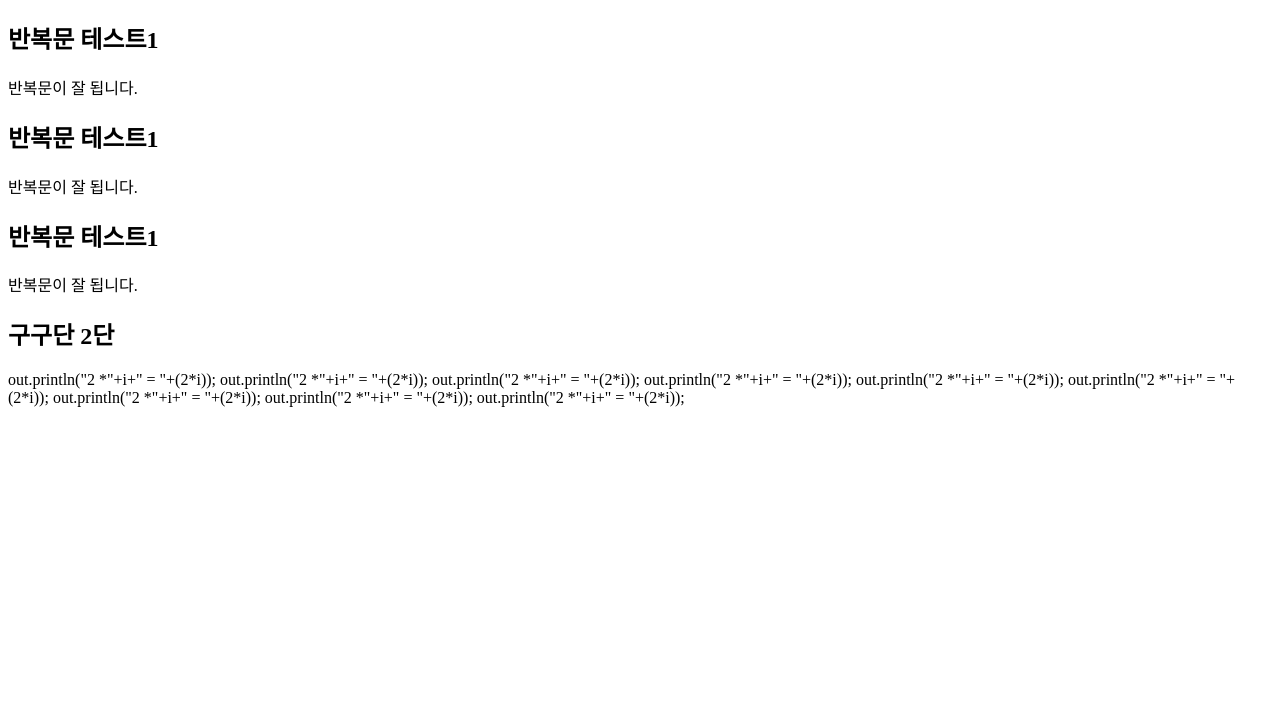
Repository: jungreul97/jsp_pracitce
Page: http://localhost/JSPBasic/JspTag/Scriptlet.jsp
These files come from the project's save history. The page is drawn as it stood at one moment and after the next save; the edit follows.
The browser window is 1280 px wide. The pictures show the whole page.
The page is served by Tomcat 9.

Above is the page before, as saved 2022-01-28 02:33:35.

### JSPBasic/src/main/webapp/JspTag/Scriptlet.jsp
<%@ page language="java" contentType="text/html; charset=UTF-8"
    pageEncoding="UTF-8"%>
<!DOCTYPE html>
<html>
<head>
<meta charset="UTF-8">
<title>Insert title here</title>
</head>
<body>
	<!-- 스크립트릿 내부에는 자바 코드를 작성할 수 있으며
	이 코드를 반영해 페이지가 구성됩니다. -->
	<% for(int i=0;i<3;i++){ %>
		<h2>반복문 테스트1</h2>
		<p>
			반복문이 잘 됩니다.
		</p>
	<% } %>

	<!--  하단에 구구단 코드를 작성해주세요.
	System.out.println()이 괄호 내 구문을 콘솔에 찍히게 해줬다면
	out.println()은 html화면에 괄호 내 구문을 콘솔에 찍히게 해줍니다.
	(javascript의 document.wrtie()와 같은 역할)-->
	<h2>구구단 2단</h2>
	<% for(int i=1;i<=9;i++){ %>
		out.println("2 *"+i+" = "+(2*i));
	<%} %>
</body>
</html>

After the next save:
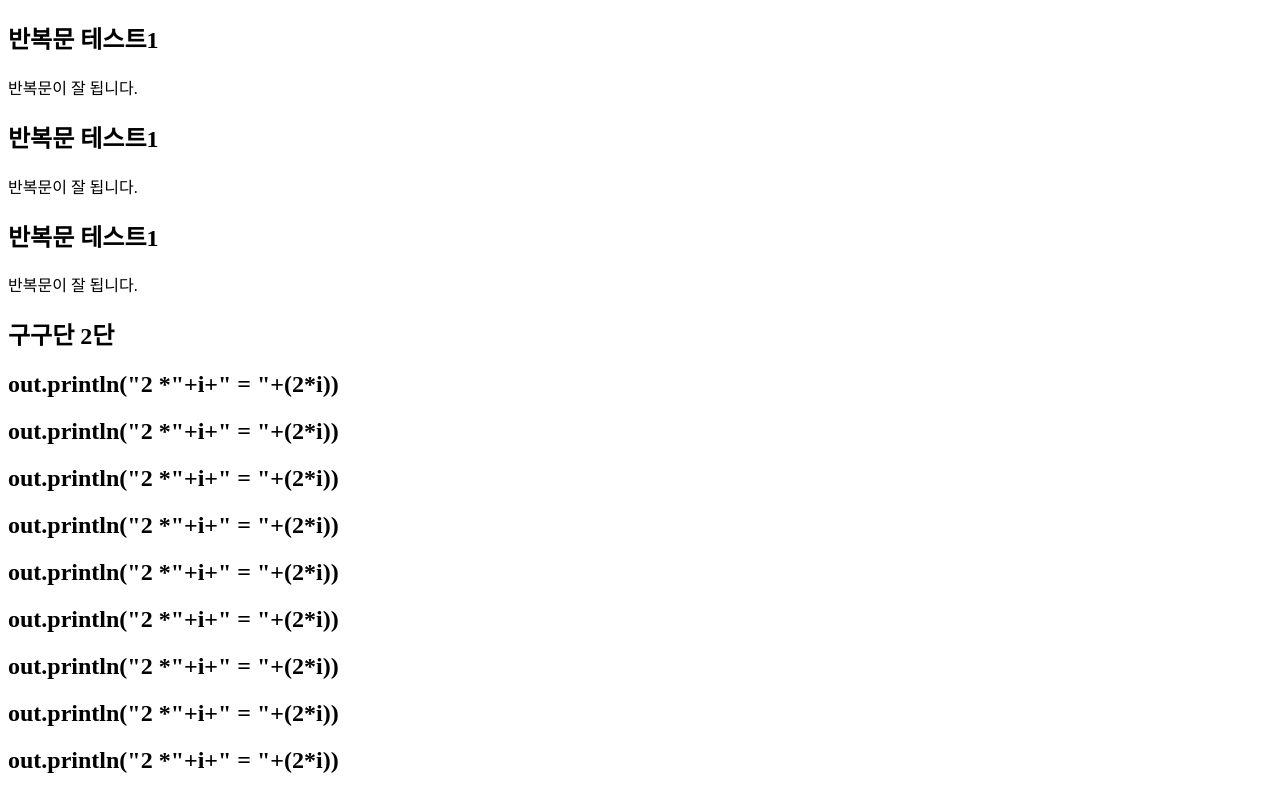
Saved 52 s later.
--- a/JSPBasic/src/main/webapp/JspTag/Scriptlet.jsp
+++ b/JSPBasic/src/main/webapp/JspTag/Scriptlet.jsp
@@ -22,7 +22,7 @@
 	(javascript의 document.wrtie()와 같은 역할)-->
 	<h2>구구단 2단</h2>
 	<% for(int i=1;i<=9;i++){ %>
-		out.println("2 *"+i+" = "+(2*i));
+		<h2>out.println("2 *"+i+" = "+(2*i))</h2>
 	<%} %>
 </body>
 </html>
